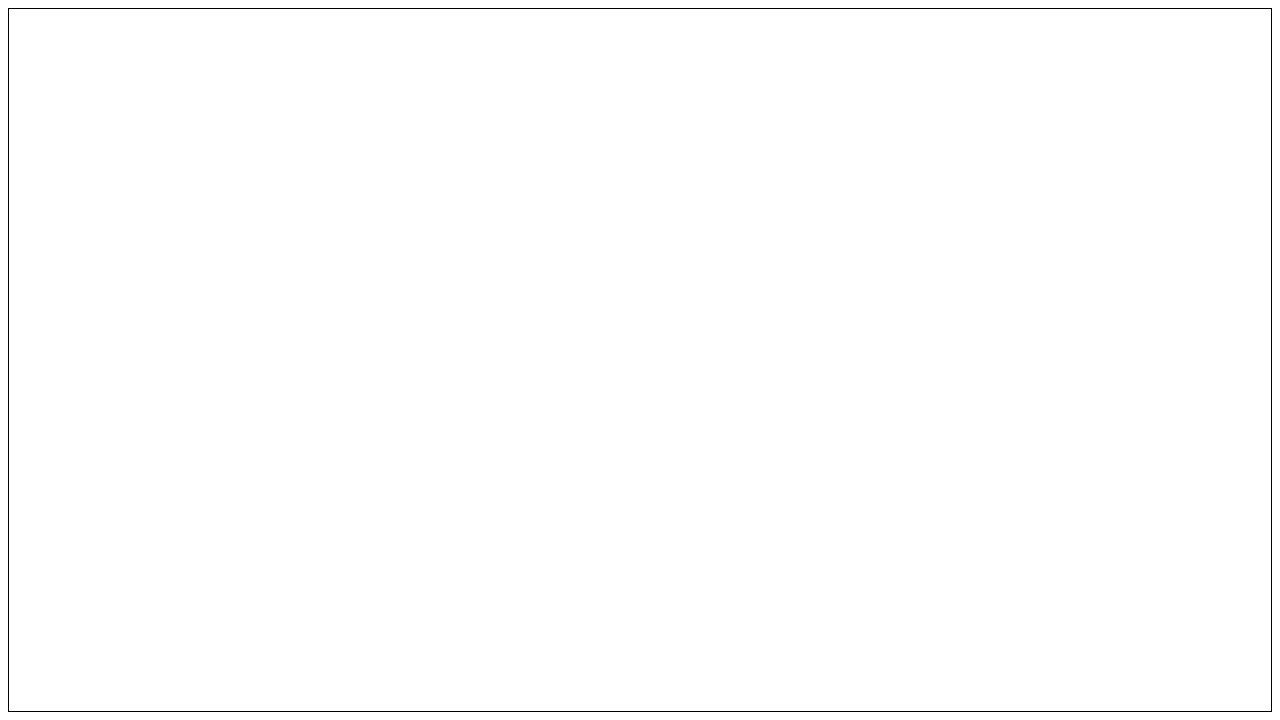
Repository: choigobin/Programming
Page: http://localhost/HRD1118/
The author's editor kept a copy of each file at every save. The page is drawn from the files as they stood at one save, then again after the next save.
The browser window is 1280 px wide. The pictures show the whole page.
The page is served by Tomcat 9. Other server files are loaded and not shown.

Above is the page before, as saved 2019-11-18 02:32:30.

### YangJung/workspace/HRD1118/WebContent/index.jsp
<%@ page language="java" contentType="text/html; charset=UTF-8"
    pageEncoding="UTF-8"%>
<html>
<head>
<style>
table {
	border: solid black 1px;
	border-collapse: collapse;
	}
</style>
<meta charset="UTF-8">
<title>Insert title here</title>
</head>
<body>
<table height="100%" width="100%">
<jsp:include page="header.jsp"/>
<jsp:include page="nav.jsp"/>
</table>
</body>
</html>

### YangJung/workspace/HRD1118/WebContent/header.jsp
<%@ page language="java" contentType="text/html; charset=UTF-8"
    pageEncoding="UTF-8"%>
<tr height="10%">
<td>

</td>
</tr>

### YangJung/workspace/HRD1118/WebContent/nav.jsp
<%@ page language="java" contentType="text/html; charset=UTF-8"
    pageEncoding="UTF-8"%>
<tr height="5%">
<td>

</td>
</tr>

After the next save:
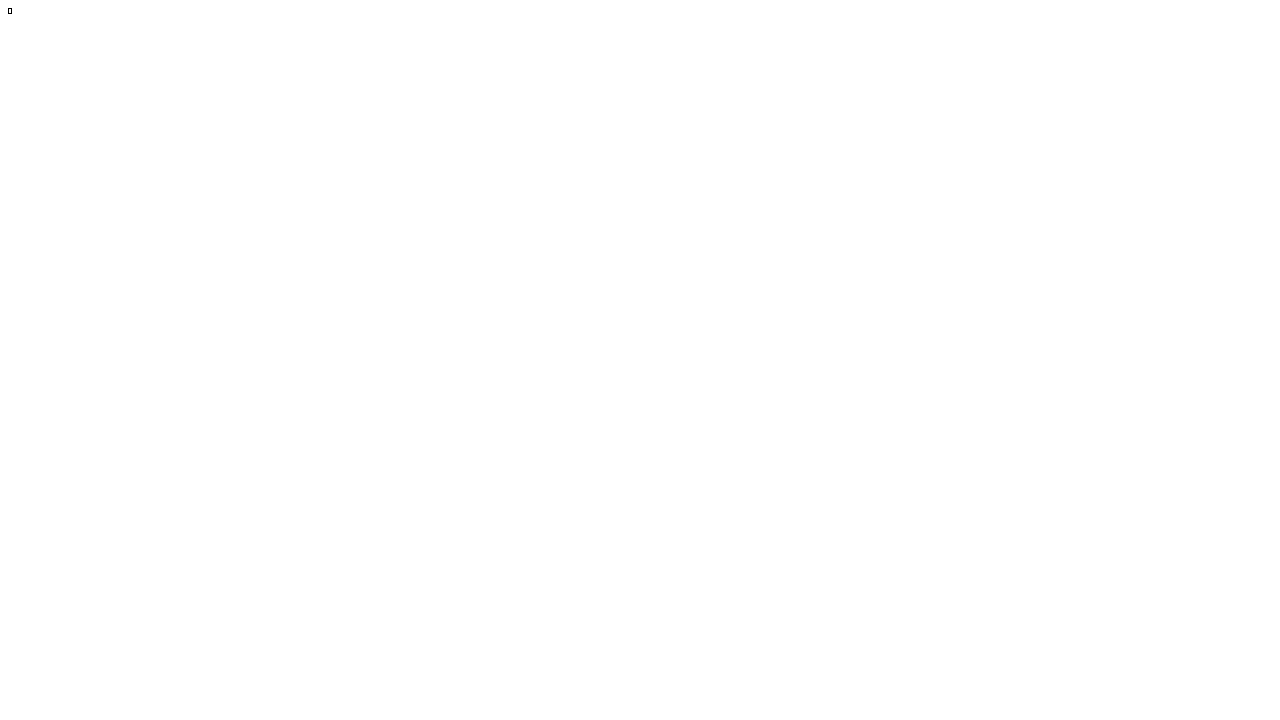
Saved 25 s later.
--- a/YangJung/workspace/HRD1118/WebContent/index.jsp
+++ b/YangJung/workspace/HRD1118/WebContent/index.jsp
@@ -12,7 +12,7 @@ table {
 <title>Insert title here</title>
 </head>
 <body>
-<table height="100%" width="100%">
+<table>
 <jsp:include page="header.jsp"/>
 <jsp:include page="nav.jsp"/>
 </table>

After the save that followed:
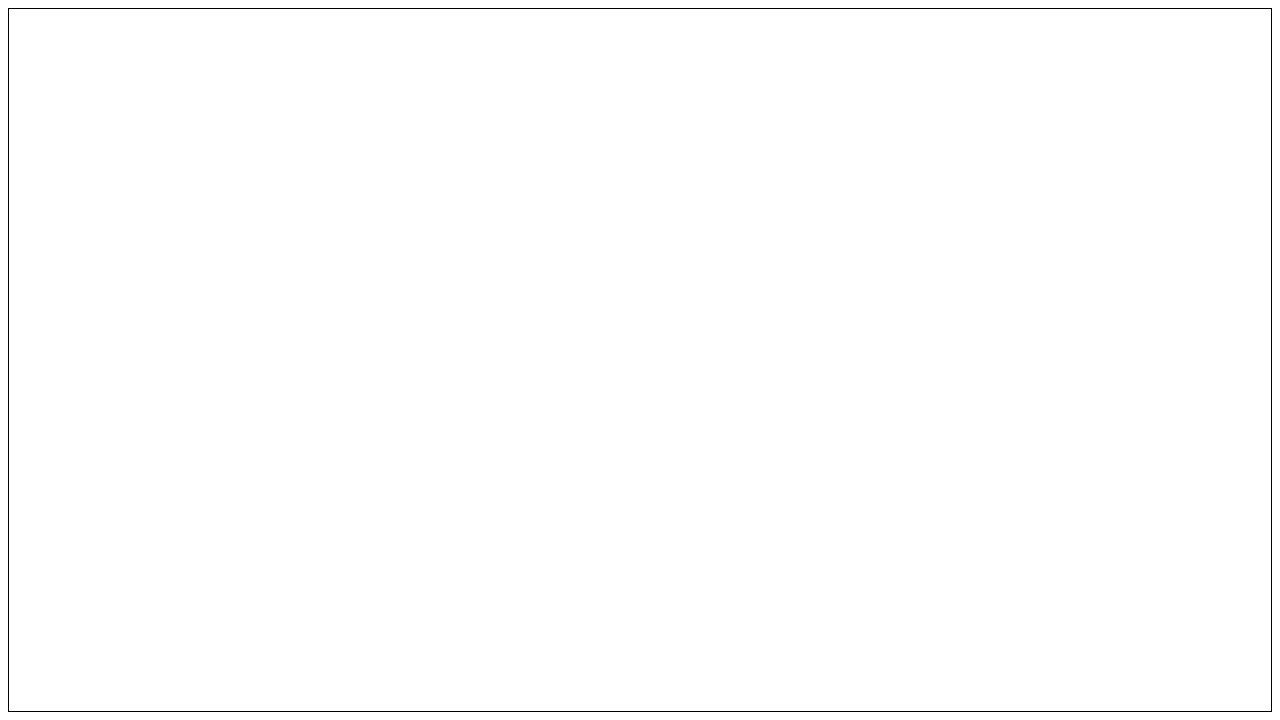
Saved 17 s later.
--- a/YangJung/workspace/HRD1118/WebContent/index.jsp
+++ b/YangJung/workspace/HRD1118/WebContent/index.jsp
@@ -4,6 +4,7 @@
 <head>
 <style>
 table {
+	height: 100%; width:100%;
 	border: solid black 1px;
 	border-collapse: collapse;
 	}
